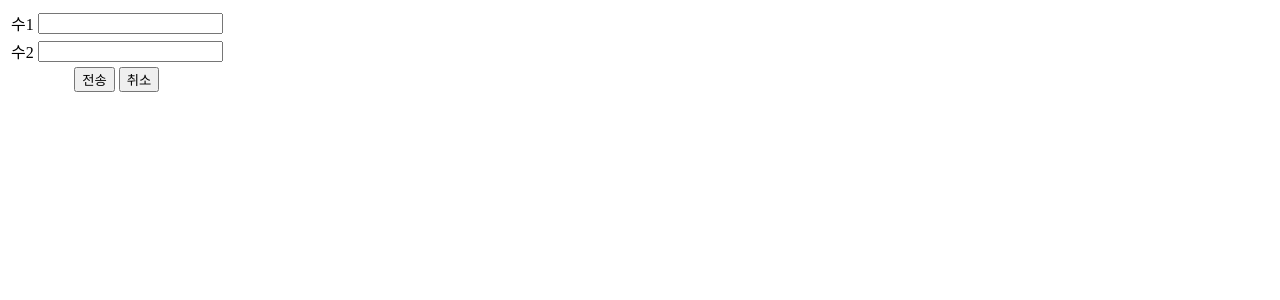
Repository: yhb131618/JAVA_WEB_PROJECT
Page: MVC01/WebContent/su.html
An editor plug-in stored every save of this project. The page is shown before and after the next save, followed by the edit.
The browser window is 1280 px wide. The pictures show the whole page.

Above is the page before, as saved 2023-12-16 17:27:05.

After the next save:
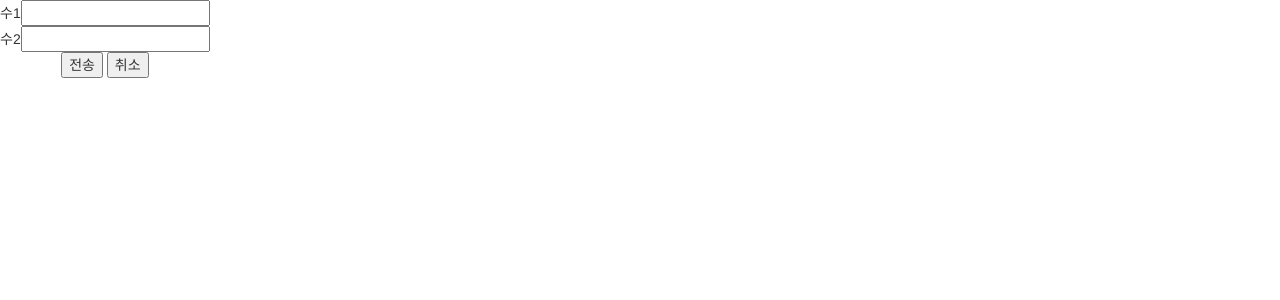
Saved 6 min 1 s later.
--- a/MVC01/WebContent/su.html
+++ b/MVC01/WebContent/su.html
@@ -3,6 +3,10 @@
 <head>
 <meta charset="UTF-8">
 <title>Insert title here</title>
+  <meta name="viewport" content="width=device-width, initial-scale=1">
+  <link rel="stylesheet" href="https://maxcdn.bootstrapcdn.com/bootstrap/3.4.1/css/bootstrap.min.css">
+  <script src="https://ajax.googleapis.com/ajax/libs/jquery/3.7.1/jquery.min.js"></script>
+  <script src="https://maxcdn.bootstrapcdn.com/bootstrap/3.4.1/js/bootstrap.min.js"></script>
 </head>
 <body>
 <table>
